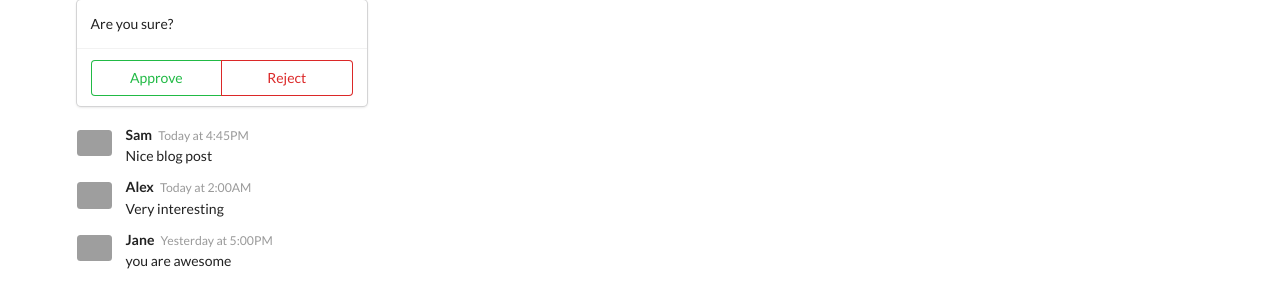
Repository: EgorSherstnev/Components
Page: /
The author's editor kept a copy of each file at every save. The page is drawn from the files as they stood at one save, then again after the next save.
The browser window is 1280 px wide. The pictures show the whole page.
Pictures or frames that could not be fetched are drawn as grey boxes. The project was rebuilt for these pictures with package versions that can differ from the ones it lists, and the page was loaded fresh each time.

Above is the page before, as saved 2022-09-19 22:23:27.

### src/index.js
import React from "react";
import  ReactDOM  from "react-dom";
import { faker } from "@faker-js/faker";
import CommentDetail from "./CommentDetail";
import ApprovalCard from "./ApprovalCard";

const App = () => {
    return (
        <div className="ui container comments">
          <ApprovalCard />
           <CommentDetail
                author="Sam"
                timeAgo="Today at 4:45PM"
                content="Nice blog post"
                avatar={faker.image.avatar()} />
           <CommentDetail
                author="Alex"
                timeAgo="Today at 2:00AM"
                content="Very interesting"
                avatar={faker.image.avatar()} />
           <CommentDetail
                author="Jane"
                timeAgo="Yesterday at 5:00PM"
                content="you are awesome"
                avatar={faker.image.avatar()} />
        </div>
    );
};

ReactDOM.render(<App />, document.querySelector('#root'))

### src/CommentDetail.js
import React from "react";

const CommentDetail = props => {
    return (
        <div className="comment">
                <a href="/" className="avatar">
                    <img alt="avatar" src={props.avatar}/>
                </a>
                <div className="content">
                    <a href="/" className="author">
                        {props.author}
                    </a>
                    <div className="metadata">
                        <span className="date">{props.timeAgo}</span>
                    </div>
                    <div className="text">{props.content}</div>
                </div>
            </div>
    );
};

export default CommentDetail;

### src/ApprovalCard.js
import React from "react";

const ApprovalCard = (props) => {
    console.log(props);
    return (
        <div className="ui card">
            <div className="content">
                Are you sure?
            </div>
            <div className="extra content">
                <div className="ui two buttons">
                    <div className="ui basic green button">
                        Approve
                    </div>
                    <div className="ui basic red button">Reject</div>
                </div>
            </div>
        </div>
    );
};

export default ApprovalCard;

Loaded but not shown: public/index.html (common file)

After the next save:
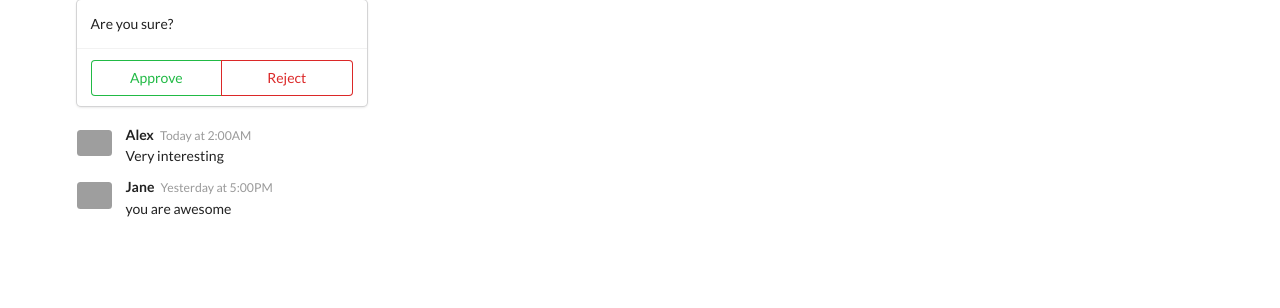
Saved 2 s later.
--- a/src/index.js
+++ b/src/index.js
@@ -7,12 +7,13 @@ import ApprovalCard from "./ApprovalCard";
 const App = () => {
     return (
         <div className="ui container comments">
-          <ApprovalCard />
-           <CommentDetail
-                author="Sam"
-                timeAgo="Today at 4:45PM"
-                content="Nice blog post"
-                avatar={faker.image.avatar()} />
+          <ApprovalCard>
+               <CommentDetail
+                    author="Sam"
+                    timeAgo="Today at 4:45PM"
+                    content="Nice blog post"
+                    avatar={faker.image.avatar()} />
+          </ApprovalCard>
            <CommentDetail
                 author="Alex"
                 timeAgo="Today at 2:00AM"
